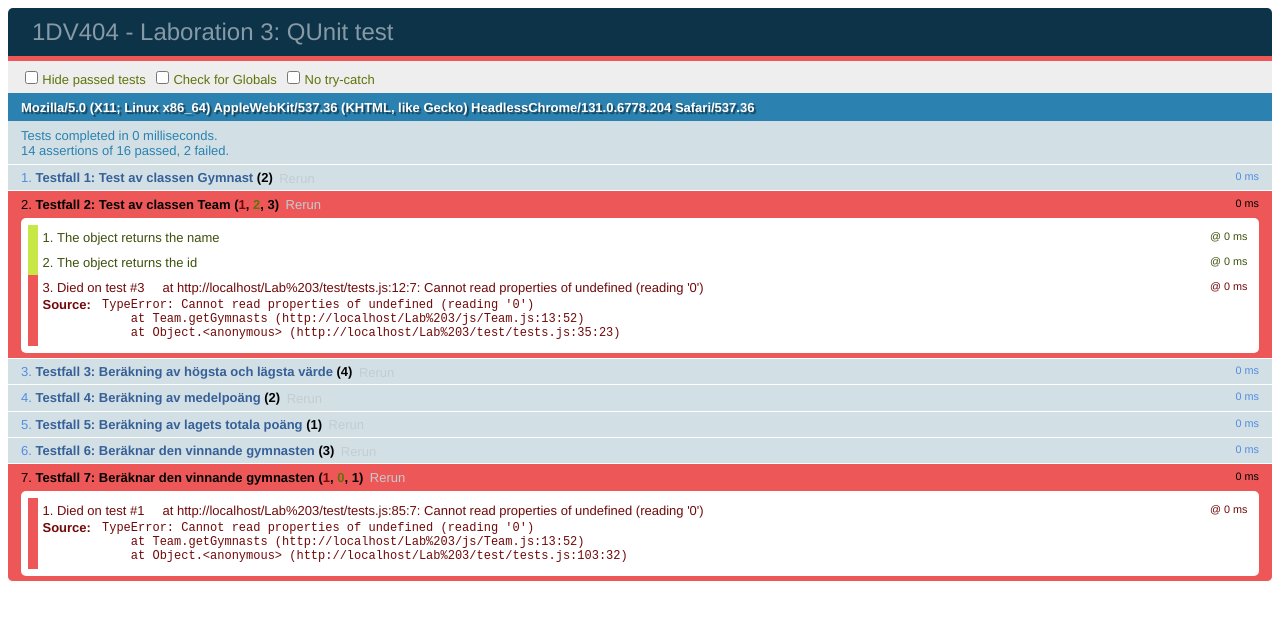
Repository: Holmewi/1dv404-jh222qr-laborationer
Page: Lab 3/test.html
The author's editor kept a record of every edit. The page is drawn from the files as they stood at one moment, then again after the next edit.
The browser window is 1280 px wide. The pictures show the whole page.

Above is the page before.

### Lab 3/test.html
<!DOCTYPE HTML>
<html lang="sv">

<head>
    <meta charset="utf-8" />
    <title>1DV404 - Laboration 3: QUnit test</title>
    <link rel="stylesheet" href="test/qunit-1.16.0.css">
</head>

<body>

<div id="qunit"></div>
<div id="qunit-fixture"></div>

    <script src="test/qunit-1.16.0.js"></script>
    <script src="test/tests.js"></script>
    <script src="js/testclasses.js"></script>
    <script src="js/Gymnast.js"></script>
    <script src="js/Team.js"></script>

</body>
</html>

### Lab 3/test/qunit-1.16.0.css
/*!
 * QUnit 1.16.0
 * http://qunitjs.com/
 *
 * Copyright 2006, 2014 jQuery Foundation and other contributors
 * Released under the MIT license
 * http://jquery.org/license
 *
 * Date: 2014-12-03T16:32Z
 */

/** Font Family and Sizes */

#qunit-tests, #qunit-header, #qunit-banner, #qunit-testrunner-toolbar, #qunit-userAgent, #qunit-testresult {
	font-family: "Helvetica Neue Light", "HelveticaNeue-Light", "Helvetica Neue", Calibri, Helvetica, Arial, sans-serif;
}

#qunit-testrunner-toolbar, #qunit-userAgent, #qunit-testresult, #qunit-tests li { font-size: small; }
#qunit-tests { font-size: smaller; }


/** Resets */

#qunit-tests, #qunit-header, #qunit-banner, #qunit-userAgent, #qunit-testresult, #qunit-modulefilter {
	margin: 0;
	padding: 0;
}


/** Header */

#qunit-header {
	padding: 0.5em 0 0.5em 1em;

	color: #8699A4;
	background-color: #0D3349;

	font-size: 1.5em;
	line-height: 1em;
	font-weight: 400;

	border-radius: 5px 5px 0 0;
}

#qunit-header a {
	text-decoration: none;
	color: #C2CCD1;
}

#qunit-header a:hover,
#qunit-header a:focus {
	color: #FFF;
}

#qunit-testrunner-toolbar label {
	display: inline-block;
	padding: 0 0.5em 0 0.1em;
}

#qunit-banner {
	height: 5px;
}

#qunit-testrunner-toolbar {
	padding: 0.5em 1em 0.5em 1em;
	color: #5E740B;
	background-color: #EEE;
	overflow: hidden;
}

#qunit-userAgent {
	padding: 0.5em 1em 0.5em 1em;
	background-color: #2B81AF;
	color: #FFF;
	text-shadow: rgba(0, 0, 0, 0.5) 2px 2px 1px;
}

#qunit-modulefilter-container {
	float: right;
}

/** Tests: Pass/Fail */

#qunit-tests {
	list-style-position: inside;
}

#qunit-tests li {
	padding: 0.4em 1em 0.4em 1em;
	border-bottom: 1px solid #FFF;
	list-style-position: inside;
}

#qunit-tests > li {
	display: none;
}

#qunit-tests li.pass, #qunit-tests li.running, #qunit-tests li.fail {
	display: list-item;
}

#qunit-tests.hidepass li.pass, #qunit-tests.hidepass li.running  {
	display: none;
}

#qunit-tests li strong {
	cursor: pointer;
}

#qunit-tests li.skipped strong {
	cursor: default;
}

#qunit-tests li a {
	padding: 0.5em;
	color: #C2CCD1;
	text-decoration: none;
}
#qunit-tests li a:hover,
#qunit-tests li a:focus {
	color: #000;
}

#qunit-tests li .runtime {
	float: right;
	font-size: smaller;
}

.qunit-assert-list {
	margin-top: 0.5em;
	padding: 0.5em;

	background-color: #FFF;

	border-radius: 5px;
}

.qunit-collapsed {
	display: none;
}

#qunit-tests table {
	border-collapse: collapse;
	margin-top: 0.2em;
}

#qunit-tests th {
	text-align: right;
	vertical-align: top;
	padding: 0 0.5em 0 0;
}

#qunit-tests td {
	vertical-align: top;
}

#qunit-tests pre {
	margin: 0;
	white-space: pre-wrap;
	word-wrap: break-word;
}

#qunit-tests del {
	background-color: #E0F2BE;
	color: #374E0C;
	text-decoration: none;
}

#qunit-tests ins {
	background-color: #FFCACA;
	color: #500;
	text-decoration: none;
}

/*** Test Counts */

#qunit-tests b.counts                       { color: #000; }
#qunit-tests b.passed                       { color: #5E740B; }
#qunit-tests b.failed                       { color: #710909; }

#qunit-tests li li {
	padding: 5px;
	background-color: #FFF;
	border-bottom: none;
	list-style-position: inside;
}

/*** Passing Styles */

#qunit-tests li li.pass {
	color: #3C510C;
	background-color: #FFF;
	border-left: 10px solid #C6E746;
}

#qunit-tests .pass                          { color: #528CE0; background-color: #D2E0E6; }
#qunit-tests .pass .test-name               { color: #366097; }

#qunit-tests .pass .test-actual,
#qunit-tests .pass .test-expected           { color: #999; }

#qunit-banner.qunit-pass                    { background-color: #C6E746; }

/*** Failing Styles */

#qunit-tests li li.fail {
	color: #710909;
	background-color: #FFF;
	border-left: 10px solid #EE5757;
	white-space: pre;
}

#qunit-tests > li:last-child {
	border-radius: 0 0 5px 5px;
}

#qunit-tests .fail                          { color: #000; background-color: #EE5757; }
#qunit-tests .fail .test-name,
#qunit-tests .fail .module-name             { color: #000; }

#qunit-tests .fail .test-actual             { color: #EE5757; }
#qunit-tests .fail .test-expected           { color: #008000; }

#qunit-banner.qunit-fail                    { background-color: #EE5757; }

/*** Skipped tests */

#qunit-tests .skipped {
	background-color: #EBECE9;
}

#qunit-tests .qunit-skipped-label {
	background-color: #F4FF77;
	display: inline-block;
	font-style: normal;
	color: #366097;
	line-height: 1.8em;
	padding: 0 0.5em;
	margin: -0.4em 0.4em -0.4em 0;
}

/** Result */

#qunit-testresult {
	padding: 0.5em 1em 0.5em 1em;

	color: #2B81AF;
	background-color: #D2E0E6;

	border-bottom: 1px solid #FFF;
}
#qunit-testresult .module-name {
	font-weight: 700;
}

/** Fixture */

#qunit-fixture {
	position: absolute;
	top: -10000px;
	left: -10000px;
	width: 1000px;
	height: 1000px;
}

### Lab 3/test/tests.js
QUnit.test( "Testfall 1: Test av classen Gymnast", function(assert) {
    var gymnast = new Gymnast("Sara Larsson", 203)

    var expected = {
            name: "Sara Larsson",
            id: 203,
        };
    assert.equal(gymnast.getName(), expected.name, "The object returns the name");
    assert.equal(gymnast.getId(), expected.id, "The object returns the id");
});

QUnit.test( "Testfall 2: Test av classen Team", function(assert) {
    var gymnasts = [
		{name: "Erik Svensson", id : 226},
		{name: "Sara Larsson", id : 188},
		{name: "Thomas Björk", id : 197},
		{name: "Jenny Ahl", id : 256},
	];

    var team = new Team("FC Calmare", 26, gymnasts)

    var expected = {
            teamName: "FC Calmare",
            teamId: 26,
            gymnasts: [
        		{name: "Erik Svensson", id : 226},
        		{name: "Sara Larsson", id : 188},
        		{name: "Thomas Björk", id : 197},
        		{name: "Jenny Ahl", id : 256},
        	]
        };

    assert.equal(team.getName(), expected.teamName, "The object returns the name");
    assert.equal(team.getId(), expected.teamId, "The object returns the id");
    assert.equal(team.getGymnasts()[0].name, expected.gymnasts[0].name, "The object returns the gymnast name");
    assert.equal(team.getGymnasts()[0].id, expected.gymnasts[0].id, "The object returns the gymnast id");
});

QUnit.test( "Testfall 3: Beräkning av högsta och lägsta värde", function(assert) {
    var gymnastPnts1 = [2, -1, 4, 8, 5];
    var gymnastPnts2 = [5, 6, 4, 11, 7];
    var gymnastPnts3 = [2, 10, 5, 7, 4];
    var gymnastPnts4 = [2, 10, 5, 7, 4];

    assert.throws(CalculateGymnastMediumPnt(gymnastPnts1), "ERROR! The point is to low");
    assert.throws(CalculateGymnastMediumPnt(gymnastPnts2), "ERROR! The point is to hig");
    assert.equal(CalculateGymnastMediumPnt(gymnastPnts3).minPnt, 2, "The lowerst point is 2.");
    assert.equal(CalculateGymnastMediumPnt(gymnastPnts4).maxPnt, 10, "The highest point is 10.");
});

QUnit.test( "Testfall 4: Beräkning av medelpoäng", function(assert) {
    var gymnastPnts1 = [7, 9, 5, 10, 4];
    var gymnastPnts2 = [7, 10, 9, 10, 6];

    assert.equal(CalculateGymnastMediumPnt(gymnastPnts1).gymnastMediumScore, 7, "The average point is 7.");
    assert.equal(CalculateGymnastMediumPnt(gymnastPnts2).gymnastMediumScore, 8.67, "The average point is 8,67.");
});


QUnit.test( "Testfall 5: Beräkning av lagets totala poäng", function(assert) {
    var gymnasts1 = [
		{name: "Erik Svensson", id : 226, point: 8},
		{name: "Sara Larsson", id : 188, point: 9},
		{name: "Thomas Björk", id : 197, point: 7},
		{name: "Jenny Ahl", id : 256, point: 8}
	];

	assert.equal(CalcTeamPnt(gymnasts1).teamPnt, 32, "The team total point is 32");

});

QUnit.test( "Testfall 6: Beräknar den vinnande gymnasten", function(assert) {
    var gymnasts1 = [
		{name: "Erik Svensson", id : 226, point: 8},
		{name: "Sara Larsson", id : 188, point: 9},
		{name: "Thomas Björk", id : 197, point: 7},
		{name: "Jenny Ahl", id : 256, point: 6}
	];

	assert.equal(CalcTeamPnt(gymnasts1).gold, "Sara Larsson is the winner with 9 points", CalcTeamPnt(gymnasts1).gold);
    assert.equal(CalcTeamPnt(gymnasts1).silver, "Erik Svensson comes second with 8 points", CalcTeamPnt(gymnasts1).silver);
    assert.equal(CalcTeamPnt(gymnasts1).bronze, "Thomas Björk comes third with 7 points", CalcTeamPnt(gymnasts1).bronze);
});

QUnit.test( "Testfall 7: Beräknar den vinnande gymnasten", function(assert) {
    var gymnasts1 = [
		{name: "Erik Svensson", id : 226, point: 8},
		{name: "Sara Larsson", id : 188, point: 9},
		{name: "Thomas Björk", id : 197, point: 7},
		{name: "Jenny Ahl", id : 256, point: 6}
	];

	var gymnasts2 = [
		{name: "Mathila Jonsson", id : 334, point: 6},
		{name: "Jonas Sjöbom", id : 34, point: 4},
		{name: "Elin Dahlkvist", id : 339, point: 8},
		{name: "Tobias Torfeltd", id : 114, point: 7}
	];

	var team1 = new Team("FC Calmare", 26, gymnasts1);
	var team2 = new Team("Nybro IF", 15, gymnasts2);

	console.log(CalcTeamPnt(team1.getGymnasts()).teamPnt);
	console.log(CalcTeamPnt(team2.getGymnasts()).teamPnt);

	assert.equal(CalcTeamPnt(team1.getGymnasts()).teamPnt, 30, team1.getName() + " is the winner with " + CalcTeamPnt(team1.getGymnasts()).teamPnt);
	assert.equal(CalcTeamPnt(team2.getGymnasts()).teamPnt, 25, team2.getName() + " is the loser with " + CalcTeamPnt(team2.getGymnasts()).teamPnt);
});

### Lab 3/js/testclasses.js
function CalculateGymnastMediumPnt(gymnastPnts){

    // gymnastPnts är en array med fem värden som matas in av sekreteraren för varje gren

    try{

        var gymnastAddedScore = 0;
        var gymnastMediumScore = 0;
        var points;

        function sortNumber(a,b) {
            return a - b;
        }

        gymnastPnts.sort(sortNumber);
        gymnastPnts.reverse();
        console.log(gymnastPnts);

        // Sätter maxpoäng och minsta poäng
        var minPnt = gymnastPnts[gymnastPnts.length - 1];
    	var maxPnt = gymnastPnts[0];

        // Tar bort den högsta och lägsta poängen
        gymnastPnts.splice(0, 1);
        gymnastPnts.splice(3, 4);
        console.log(gymnastPnts);

        gymnastAddedScore = gymnastPnts.reduce(function(a,b){return a+b;});
        console.log(gymnastAddedScore);

        gymnastMediumScore = Math.round((gymnastAddedScore / gymnastPnts.length) * 100) / 100;
        console.log("Gymnast Medium Score: " + gymnastMediumScore);

        points = {minPnt : minPnt, maxPnt : maxPnt, gymnastMediumScore : gymnastMediumScore};

        return points;
    }
	catch(error){
		console.log(error.message);
	}
}

function CalcTeamPnt(teamGymnasts){

    // teamGymnasts är en array med samtliga gymnaster i laget


    try{
        var scores = [];
        var points;
        var teamPnt = 0;
        var gold, silver, bronze;

        teamGymnasts.forEach(function(member, index){
			scores[index] = member.point;
			if (member.point < 0) {
			    throw new Error("To low point");
			}
			if (member.point > 10) {
			    throw new Error("To high point");
			}
		});

		function sortNumber(a,b) {
            return a - b;
        }

		scores.sort(sortNumber);

		console.log(scores);

		teamGymnasts.forEach(function(member){

    		if(member.point == scores[scores.length - 1]){
    			gold = member.name + " is the winner with " + member.point + " points";
    		}
    		if(member.point == scores[scores.length - 2]){
    			silver = member.name + " comes second with " + member.point + " points";
    		}
    		if(member.point == scores[scores.length - 3]){
    			bronze = member.name + " comes third with " + member.point + " points";
    		}
    	});

		// Adderar värdena i arrayen
        teamPnt = scores.reduce(function(a,b){return a+b;});
        console.log("Team Added Score: " + teamPnt);

        // Sätter maxpoäng och minsta poäng
        // Här inser jag nyttan med att skicka med en array med gymnast-objekt
        // På så vis kan jag enklare lista vilken gymnast som är bäst
        //var minPnt = teamPnts[teamPnts.length - 1];
    	//var maxPnt = teamPnts[0];

    	console.log(gold);


        points = {teamPnt : teamPnt, gold : gold, silver : silver, bronze : bronze};

        return points;
    }
	catch(error){
		console.log(error.message);
	}
}

### Lab 3/js/Gymnast.js
"use strict";

function Gymnast(name, id){
    var score = 0;

    this.getName = function() { return name; };
    this.setName = function(_name) { name = _name };
    this.getId = function() { return id; };
    this.setId = function(_id) { id = _id };

    this.setName(name);
    this.setId(id);
}

Gymnast.prototype.point = function(mediumScore) {
    console.log(mediumScore);




    this.getScore = function() { return mediumScore; };
    this.setScore = function(_score) { mediumScore = _score };

    this.setScore(mediumScore);


    //return mediumScore;
};

### Lab 3/js/Team.js
"use strict";

function Team(teamName, teamId, amount, gymnasts){
    this.getCount = 0;
    console.log(this.getCount);

    this.getName = function() { return teamName; };
    this.setName = function(_name) { teamName = _name };
    this.getId = function() { return teamId; };
    this.setId = function(_id) { teamId = _id };
    this.getAmount = function() { return amount };
    this.setAmount = function(_amount) { amount = _amount };
    this.getGymnasts = function() { return gymnasts[this.getCount]; };
    this.setGymnasts = function(_gymnasts) { gymnasts[this.getCount] = _gymnasts };

    this.setName(teamName);
    this.setId(teamId);
    this.setAmount(amount);
}

Team.prototype.gymnasts = function(gymnasts) {









},

Team.prototype.teamPnts = function(teamPnt) {
    this.getTeamPnt = function() { return teamPnt; };
    this.setTeamPnt = function(_teamPnt) { teamPnt = _teamPnt };

    this.setTeamPnt(teamPnt);
};

Team.prototype.teamTotalPnts = function(teamAddedPnts) {
    this.getTeamTotalPnts = function() { return teamAddedPnts; };
    this.setTeamTotalPnts = function(_teamAddedPnts) { teamAddedPnts = _teamAddedPnts };

    this.setTeamTotalPnts(teamAddedPnts);
};

Team.prototype.teamLeaguePnts = function(teamTotalPnts) {
    this.getTeamLeaguePnts = function() { return teamTotalPnts; };
    this.setTeamLeaguePnts = function(_teamTotalPnts) { teamTotalPnts = _teamTotalPnts };

    this.setTeamLeaguePnts(teamTotalPnts);
};

Loaded but not shown: Lab 3/test/qunit-1.16.0.js (2819 lines, source omitted)

After the next edit:
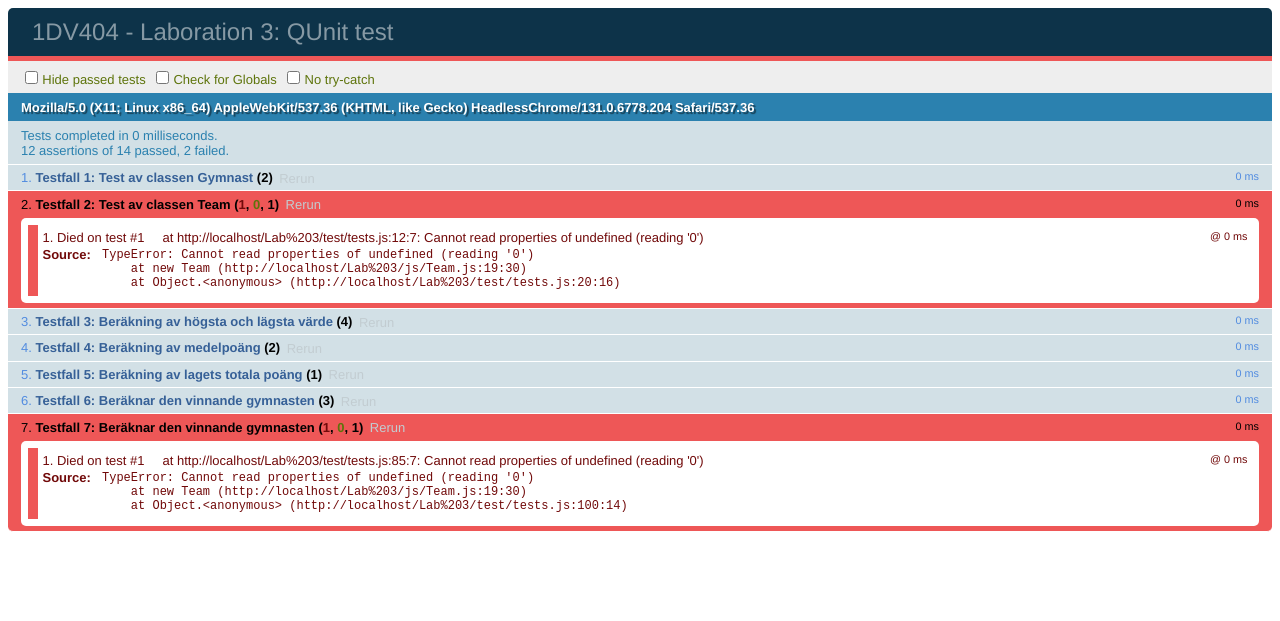
The edit:
--- a/Lab 3/js/Team.js
+++ b/Lab 3/js/Team.js
@@ -16,6 +16,9 @@
     this.setName(teamName);
     this.setId(teamId);
     this.setAmount(amount);
+    this.setGymnasts(gymnasts[this.getCount]);
+
+    console.log(gymnasts);
 }
 
 Team.prototype.gymnasts = function(gymnasts) {
